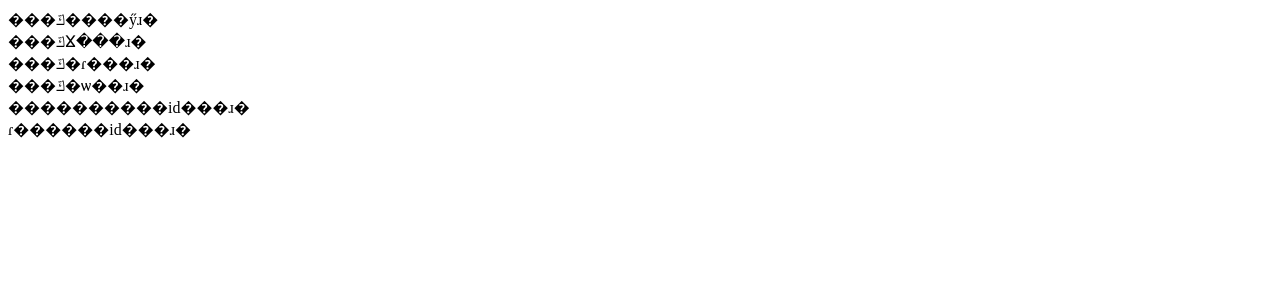
Repository: ZxxWs/P_M_learn
Page: http://localhost/
These files come from the project's save history. The page is drawn as it stood at one moment and after the next save; the edit follows.
The browser window is 1280 px wide. The pictures show the whole page.
The page is run by PHP 8.4 with error messages shown; the project is at /var/www/html/.

Above is the page before, as saved 2019-03-11 10:00:12.

### Mysql_learn/index.php
<?php

//MySQL在PHP中的方法：mysqli_function(value,value1....)

//************************************************************
//连接MySQL：
$host='localhost:3306';                    //可选，主机名|IP
$username='root';          //可选，MySQL用户名
$password;          //可选，MySQL密码
$dbname;            //可选，默认数据库
$port;                  //端口号
$socket;            //规定socket
$conn=mysqli_connect($host,$username);
//mysqli_close($link);//关闭与于数据库的连接
if($conn)
    echo "数据库连接成功";
echo "<br />";

//************************************************************
//创建数据库
$create="create database phpcreat";
$createdatabase=mysqli_query($conn, $create);
if($createdatabase)
    echo "数据库创建成功";
else{
    die('连接失败: ' . mysqli_error($conn));
}
echo "<br />";

//删除数据库
$drop="drop database phpcreat";
$drop=mysqli_query($conn, $drop);
if($drop)
    echo "数据库删除成功";
else{
    die('连接失败: ' . mysqli_error($conn));
}
echo "<br />";


//************************************************************
//选择数据库
$dbname="test";
$select=mysqli_select_db($conn, $dbname);
if($select)
    echo "数据库选择成功";
    else{
        die('连接失败: ' . mysqli_error($conn));
    }
echo "<br />";


//************************************************************
//创建表
$table="create table phptable(id int)";
$createtable=mysqli_query($conn, $table);
if($createtable)
    echo "创建表：“id”成功";
else{
    die('连接失败: ' . mysqli_error($conn));
}
echo "<br />";

//删除表
$droptable="drop table phptable";
$droptablea=mysqli_query($conn, $droptable);
if($droptablea)
    echo "删除表“id”成功";
echo "<br/>";


//***********************
// 设置编码，防止中文乱码
mysqli_query($conn , "set names utf8");
//***********************
//向表中插入数据————>students:name,num,class

After the next save:
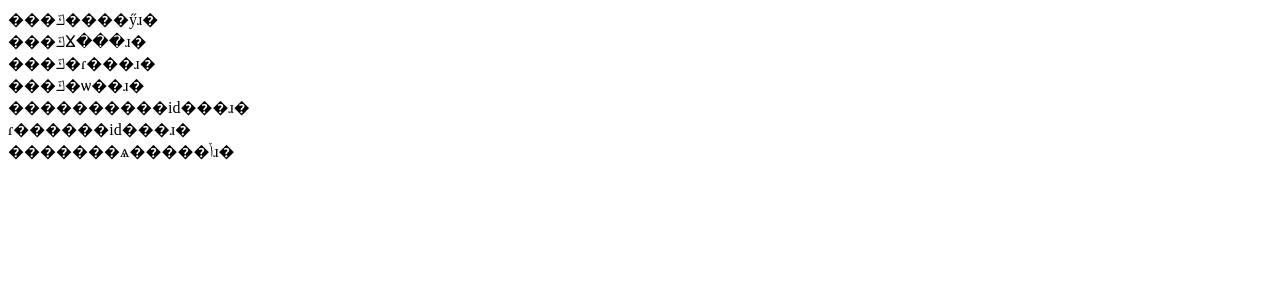
Saved 21 h 19 min later.
--- a/Mysql_learn/index.php
+++ b/Mysql_learn/index.php
@@ -74,3 +74,14 @@ echo "<br/>";
 mysqli_query($conn , "set names utf8");
 //***********************
 //向表中插入数据————>students:name,num,class
+$stuname="周兴祥";
+$stunum=1707004125;
+$stuclass=17070041;
+$sqldata="insert into students".
+         "(name,num,class)".
+         "values".
+         "('$stuname','$stunum',$stuclass')";
+mysqli_query($conn, $sqldata);
+if($droptablea)
+    echo "插入相关学生数据成功";
+    echo "<br/>";
